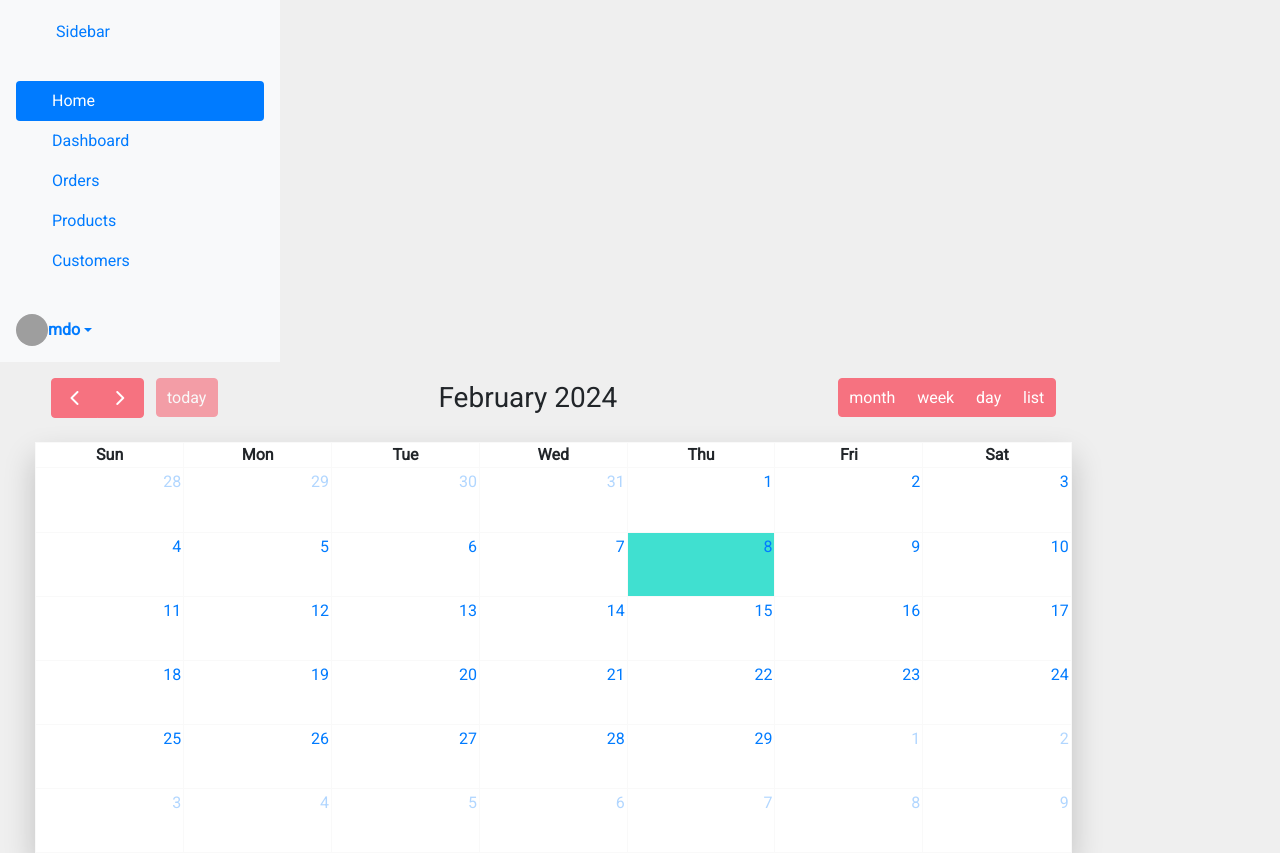
Repository: marios-petrov/NuPath
Page: softwareengineering1/calendarapp/templates/dataTest.html
The author's editor kept a copy of each file at every save. The page is drawn from the files as they stood at one save, then again after a run of saves.
The browser window is 1280 px wide. The pictures show the whole page.
Pictures or frames that could not be fetched are drawn as grey boxes. The template is drawn by Django 5.2. The application's start-up code is not run. Other server files are loaded and not shown. The template is opened directly, without the code that normally fills it, so the values that code supplies are empty.

Above is the page before, as saved 2024-02-21 19:23:20.

### softwareengineering1/calendarapp/templates/dataTest.html
<!--initial calendar js, css, and bootstrap from https://colorlib.com/wp/template/calendar-20/-->
<!--https://colorlib.com/wp/bootstrap-calendars/ last visited: 2/19/2024-->

{% extends "base.html" %}

{% block content %}
{%load static %}
<div id='calendar-container' class='col-10'>
    <div id='calendar'></div>
</div>

<script src="{% static 'js/jquery-3.3.1.min.js' %}"></script>
<script src="{% static 'js/popper.min.js' %}"></script>
<script src="{% static 'js/bootstrap.min.js' %}"></script>

<!-- Include your static JavaScript files -->
<script src="{% static 'fullcalendar/packages/core/main.js' %}"></script>
<script src="{% static 'fullcalendar/packages/interaction/main.js' %}"></script>
<script src="{% static 'fullcalendar/packages/daygrid/main.js' %}"></script>
<script src="{% static 'fullcalendar/packages/timegrid/main.js' %}"></script>
<script src="{% static 'fullcalendar/packages/list/main.js' %}"></script>

<script>
    document.addEventListener('DOMContentLoaded', function () {
        var calendarEl = document.getElementById('calendar');

        var calendar = new FullCalendar.Calendar(calendarEl, {
            plugins: ['interaction', 'dayGrid', 'timeGrid', 'list'],
            height: 'parent',
            header: {
                left: 'prev,next today',
                center: 'title',
                right: 'dayGridMonth,timeGridWeek,timeGridDay,listWeek'
            },
            defaultView: 'dayGridMonth',
            defaultDate: '2024-02-01',
            navLinks: true, // can click day/week names to navigate views
            editable: true,
            eventLimit: true, // allow "more" link when too many events
            events: [
            {% for e in events %}
                {
                    title: '{{e.title}}',
                    start: '{{e.startTime|date:"c"}}',
                    end: '{{e.endTime|date:"c"}}',
                },
            {% endfor %}
            ]
        });

        calendar.render();
    });
</script>

{% endblock %}

### softwareengineering1/softwareengineering1/templates/base.html
<!doctype html>
<html lang="en">

  <head>
    <!-- Required meta tags -->
    <meta charset="utf-8">
    <meta name="viewport" content="width=device-width, initial-scale=1">
    <link href="https://fonts.googleapis.com/css?family=Roboto:300,400&display=swap" rel="stylesheet">
    <link href="https://fonts.googleapis.com/css?family=Poppins:300,400,500&display=swap" rel="stylesheet">

    <!-- Include your static CSS files -->
    {% load static %}
    <link rel="stylesheet" href="{% static 'fonts/icomoon/style.css' %}">
    <link href="{% static 'fullcalendar/packages/core/main.css' %}" rel="stylesheet">
    <link href="{% static 'fullcalendar/packages/daygrid/main.css' %}" rel="stylesheet">

    <!-- Bootstrap CSS -->
    <link rel="stylesheet" href="{% static 'css/bootstrap.min.css' %}">

    <!-- Style -->
    <link rel="stylesheet" href="{% static 'css/style.css' %}">

    <title>Novo Ninja</title>
  </head>
<body>
  <div class='container min-vw-100 justify-content'>
    <div class='row'>
  {% include 'navbar.html' %}

  {% block content %}

  {% endblock %}
</div>
</div>
</body>
</html>

### softwareengineering1/navbar/templates/navbar.html
<div class="d-flex flex-column flex-shrink-0 p-3 bg-light" style="width: 280px;">
    <a href="/" class="d-flex align-items-center mb-3 mb-md-0 me-md-auto link-dark text-decoration-none">
      <svg class="bi me-2" width="40" height="32"><use xlink:href="#bootstrap"></use></svg>
      <span class="fs-4">Sidebar</span>
    </a>
    <hr>
    <ul class="nav nav-pills flex-column mb-auto">
      <li class="nav-item">
        <a href="#" class="nav-link active" aria-current="page">
          <svg class="bi me-2" width="16" height="16"><use xlink:href="#home"></use></svg>
          Home
        </a>
      </li>
      <li>
        <a href="#" class="nav-link link-dark">
          <svg class="bi me-2" width="16" height="16"><use xlink:href="#speedometer2"></use></svg>
          Dashboard
        </a>
      </li>
      <li>
        <a href="#" class="nav-link link-dark">
          <svg class="bi me-2" width="16" height="16"><use xlink:href="#table"></use></svg>
          Orders
        </a>
      </li>
      <li>
        <a href="#" class="nav-link link-dark">
          <svg class="bi me-2" width="16" height="16"><use xlink:href="#grid"></use></svg>
          Products
        </a>
      </li>
      <li>
        <a href="#" class="nav-link link-dark">
          <svg class="bi me-2" width="16" height="16"><use xlink:href="#people-circle"></use></svg>
          Customers
        </a>
      </li>
    </ul>
    <hr>
    <div class="dropdown">
      <a href="#" class="d-flex align-items-center link-dark text-decoration-none dropdown-toggle" id="dropdownUser2" data-bs-toggle="dropdown" aria-expanded="false">
        <img src="https://github.com/mdo.png" alt="" width="32" height="32" class="rounded-circle me-2">
        <strong>mdo</strong>
      </a>
      <ul class="dropdown-menu text-small shadow" aria-labelledby="dropdownUser2">
        <li><a class="dropdown-item" href="#">New project...</a></li>
        <li><a class="dropdown-item" href="#">Settings</a></li>
        <li><a class="dropdown-item" href="#">Profile</a></li>
        <li><hr class="dropdown-divider"></li>
        <li><a class="dropdown-item" href="#">Sign out</a></li>
      </ul>
    </div>
  </div>

### softwareengineering1/softwareengineering1/static/fullcalendar/packages/daygrid/main.css
/* DayGridView
--------------------------------------------------------------------------------------------------*/
/* day row structure */
.fc-dayGridWeek-view .fc-content-skeleton,
.fc-dayGridDay-view .fc-content-skeleton {
  /* there may be week numbers in these views, so no padding-top */
  padding-bottom: 1em;
  /* ensure a space at bottom of cell for user selecting/clicking */
}

.fc-dayGrid-view .fc-body .fc-row {
  min-height: 4em;
  /* ensure that all rows are at least this tall */
}

/* a "rigid" row will take up a constant amount of height because content-skeleton is absolute */
.fc-row.fc-rigid {
  overflow: hidden;
}

.fc-row.fc-rigid .fc-content-skeleton {
  position: absolute;
  top: 0;
  left: 0;
  right: 0;
}

/* week and day number styling */
.fc-day-top.fc-other-month {
  opacity: 0.3;
}

.fc-dayGrid-view .fc-week-number,
.fc-dayGrid-view .fc-day-number {
  padding: 2px;
}

.fc-dayGrid-view th.fc-week-number,
.fc-dayGrid-view th.fc-day-number {
  padding: 0 2px;
  /* column headers can't have as much v space */
}

.fc-ltr .fc-dayGrid-view .fc-day-top .fc-day-number {
  float: right;
}

.fc-rtl .fc-dayGrid-view .fc-day-top .fc-day-number {
  float: left;
}

.fc-ltr .fc-dayGrid-view .fc-day-top .fc-week-number {
  float: left;
  border-radius: 0 0 3px 0;
}

.fc-rtl .fc-dayGrid-view .fc-day-top .fc-week-number {
  float: right;
  border-radius: 0 0 0 3px;
}

.fc-dayGrid-view .fc-day-top .fc-week-number {
  min-width: 1.5em;
  text-align: center;
  background-color: #f2f2f2;
  color: #808080;
}

/* when week/day number have own column */
.fc-dayGrid-view td.fc-week-number {
  text-align: center;
}

.fc-dayGrid-view td.fc-week-number > * {
  /* work around the way we do column resizing and ensure a minimum width */
  display: inline-block;
  min-width: 1.25em;
}

### softwareengineering1/softwareengineering1/static/css/style.css
body {
  font-family: "Roboto", -apple-system, BlinkMacSystemFont, "Segoe UI", Roboto, "Helvetica Neue", Arial, "Noto Sans", sans-serif, "Apple Color Emoji", "Segoe UI Emoji", "Segoe UI Symbol", "Noto Color Emoji";
  background-color: #efefef; }

p {
  color: #b3b3b3;
  font-weight: 300; }

h1, h2, h3, h4, h5, h6,
.h1, .h2, .h3, .h4, .h5, .h6 {
  font-family: "Roboto", -apple-system, BlinkMacSystemFont, "Segoe UI", Roboto, "Helvetica Neue", Arial, "Noto Sans", sans-serif, "Apple Color Emoji", "Segoe UI Emoji", "Segoe UI Symbol", "Noto Color Emoji"; }

a {
  -webkit-transition: .3s all ease;
  -o-transition: .3s all ease;
  transition: .3s all ease; }
  a, a:hover {
    text-decoration: none !important; }

.content {
  padding: 7rem 0; }

h2 {
  font-size: 20px; }

.form-control:active, .form-control:focus {
  outline: none;
  -webkit-box-shadow: none;
  box-shadow: none; }

#calendar {
  margin: 0 auto; }
  #calendar .fc-view-container {
    background-color: #fff;
    -webkit-box-shadow: 0 15px 30px 0 rgba(0, 0, 0, 0.2);
    box-shadow: 0 15px 30px 0 rgba(0, 0, 0, 0.2); }
  #calendar .fc-toolbar.fc-header-toolbar .fc-center {
    display: block; }

#calendar-container {
  top: 0;
  left: 20px;
  right: 20px;
  bottom: 20px; }

.fc-header-toolbar {
  /*
    the calendar will be butting up against the edges,
    but let's scoot in the header's buttons
    */
  padding-top: 1em;
  padding-left: 1em;
  padding-right: 1em; }

@media (max-width: 767.98px) {
  .fc-toolbar {
    display: block !important;
    text-align: center; }
    .fc-toolbar .fc-center {
      display: block;
      margin-top: 20px;
      margin-bottom: 20px; } }

Loaded but not shown: softwareengineering1/softwareengineering1/static/fonts/icomoon/style.css (common file); softwareengineering1/softwareengineering1/static/css/bootstrap.min.css (library); softwareengineering1/softwareengineering1/static/js/jquery-3.3.1.min.js (library); softwareengineering1/softwareengineering1/static/js/popper.min.js (library); softwareengineering1/softwareengineering1/static/js/bootstrap.min.js (library); softwareengineering1/softwareengineering1/static/fullcalendar/packages/core/main.js (library); softwareengineering1/softwareengineering1/static/fullcalendar/packages/interaction/main.js (2143 lines, source omitted); softwareengineering1/softwareengineering1/static/fullcalendar/packages/daygrid/main.js (1641 lines, source omitted); softwareengineering1/softwareengineering1/static/fullcalendar/packages/timegrid/main.js (1357 lines, source omitted); softwareengineering1/softwareengineering1/static/fullcalendar/packages/list/main.js (343 lines, source omitted); softwareengineering1/softwareengineering1/static/fullcalendar/packages/core/main.css (1058 lines, source omitted)

After the next 2 saves:
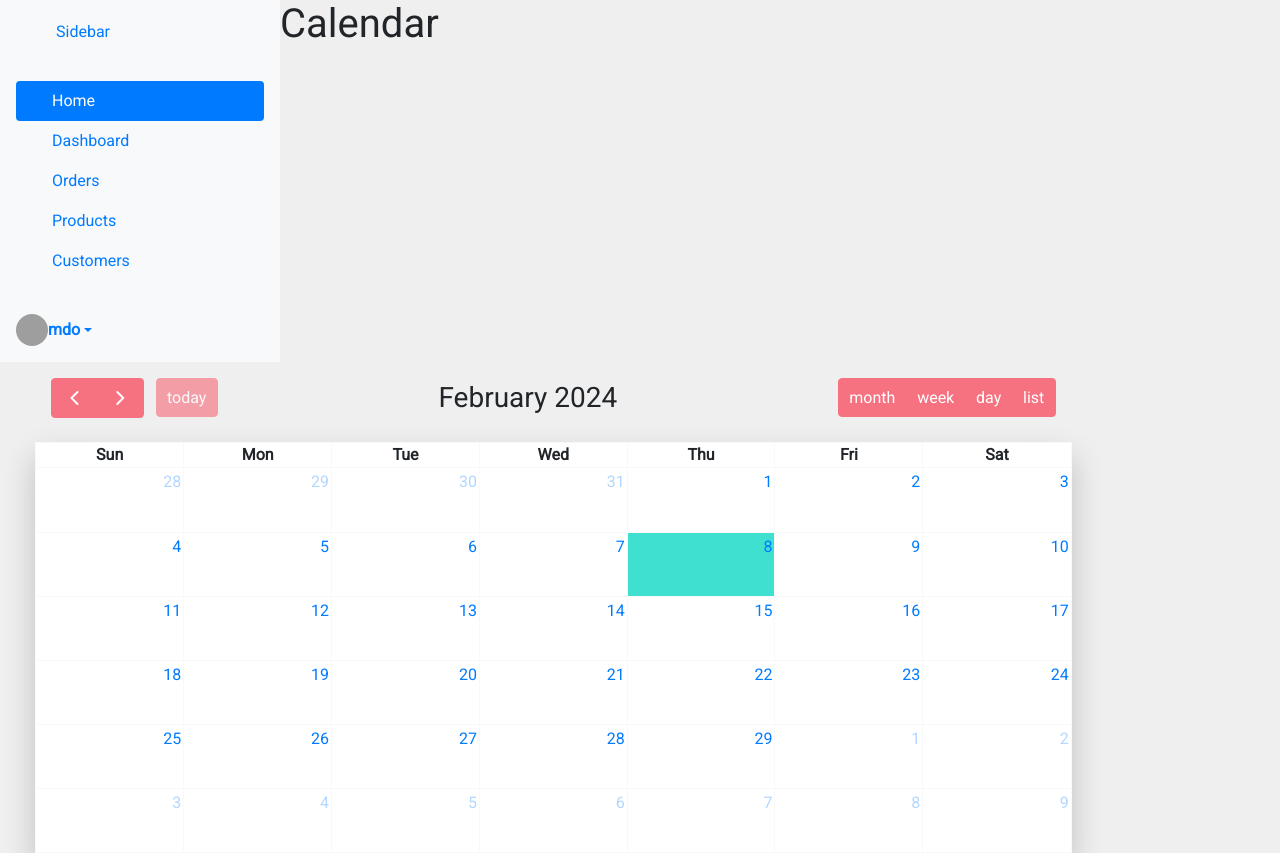
The 2 saves are shown as one change because they came seconds apart.
The last was saved 12 min 45 s later.
--- a/softwareengineering1/calendarapp/templates/dataTest.html
+++ b/softwareengineering1/calendarapp/templates/dataTest.html
@@ -5,6 +5,9 @@
 
 {% block content %}
 {%load static %}
+<div>
+    <h1>Calendar</h1>
+    </div>
 <div id='calendar-container' class='col-10'>
     <div id='calendar'></div>
 </div>

After the save that followed:
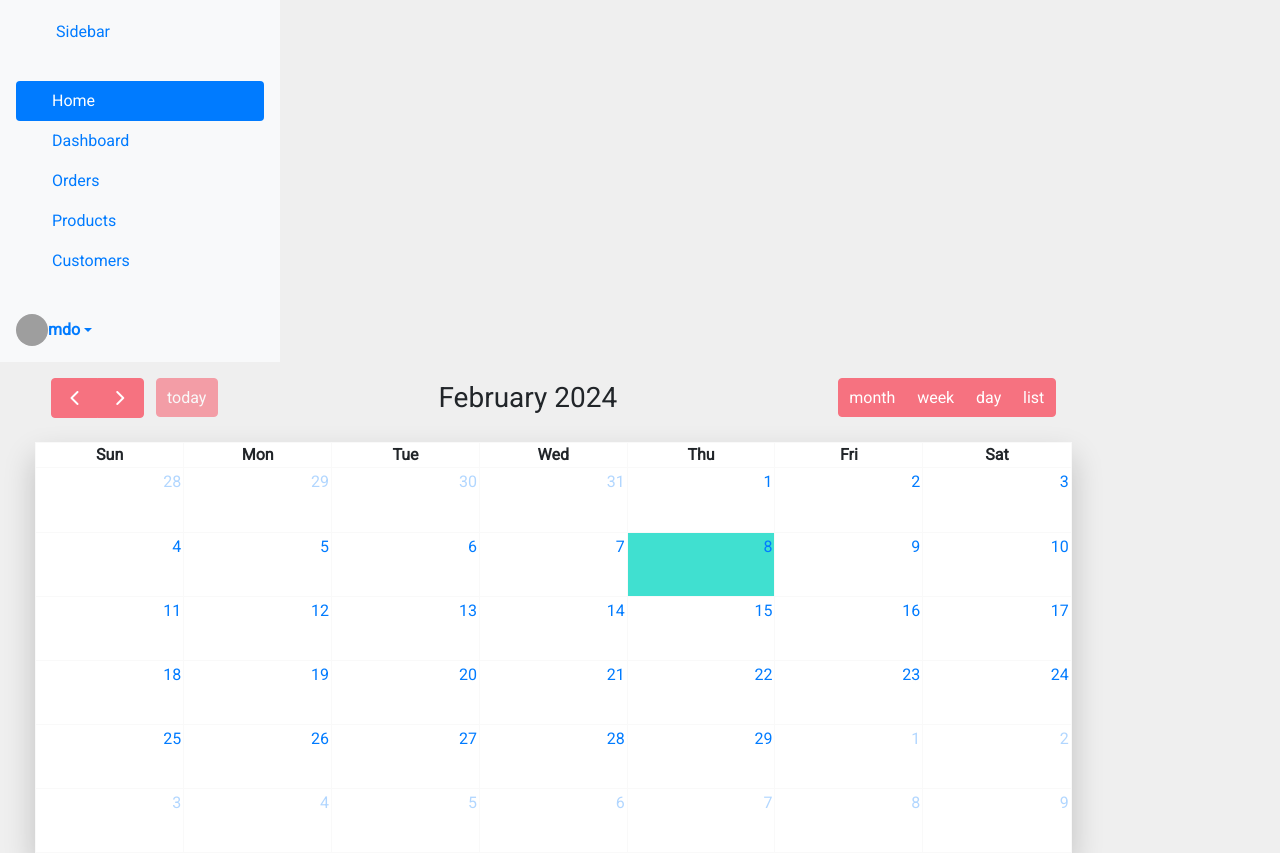
Saved 53 s later.
--- a/softwareengineering1/calendarapp/templates/dataTest.html
+++ b/softwareengineering1/calendarapp/templates/dataTest.html
@@ -3,11 +3,24 @@
 
 {% extends "base.html" %}
 
+<row>
+    <div class="col-12">
+        <div class="card">
+            <div class="card-body">
+                <h4 class="header-title">Calendar</h4>
+                <div class="single-table">
+                    <div class="table-responsive">
+                        <div id="calendar"></div>
+                    </div>
+                </div>
+            </div>
+        </div>
+    </div>
+
 {% block content %}
 {%load static %}
 <div>
-    <h1>Calendar</h1>
-    </div>
+
 <div id='calendar-container' class='col-10'>
     <div id='calendar'></div>
 </div>
